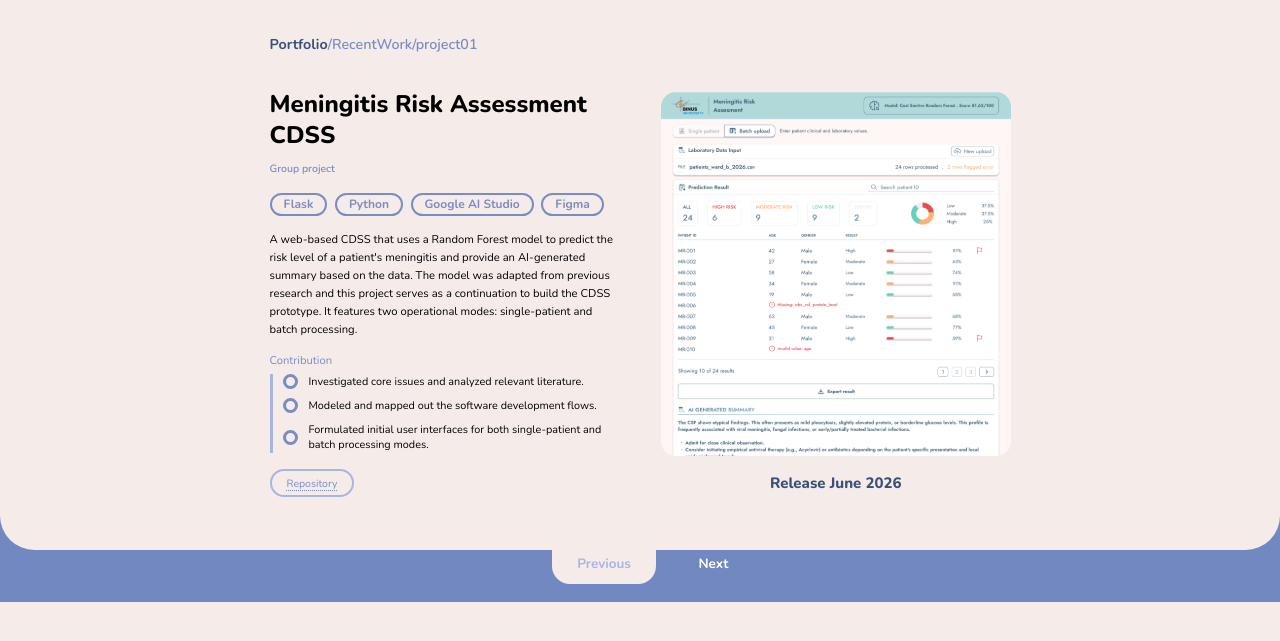
Repository: L-vy/L-vy
Page: /recentworks/project01
The author's editor kept a copy of each file at every save. The page is drawn from the files as they stood at one save, then again after the next save.
The browser window is 1280 px wide. The pictures show the whole page.
Some web fonts or font styles are not loaded; a fallback is used. The project was rebuilt for these pictures with package versions that can differ from the ones it lists, and the page was loaded fresh each time. Also part of the build but not shown: vite.config.ts, src/components/Icon.tsx, src/data/site.ts, src/components/useGoTo.ts, src/components/Navbar.tsx, src/components/Hero.tsx, src/components/Reveal.tsx, src/components/Skills.tsx and 9 more.

Above is the page before, as saved 2026-10-07 19:48:28.

After the next save:
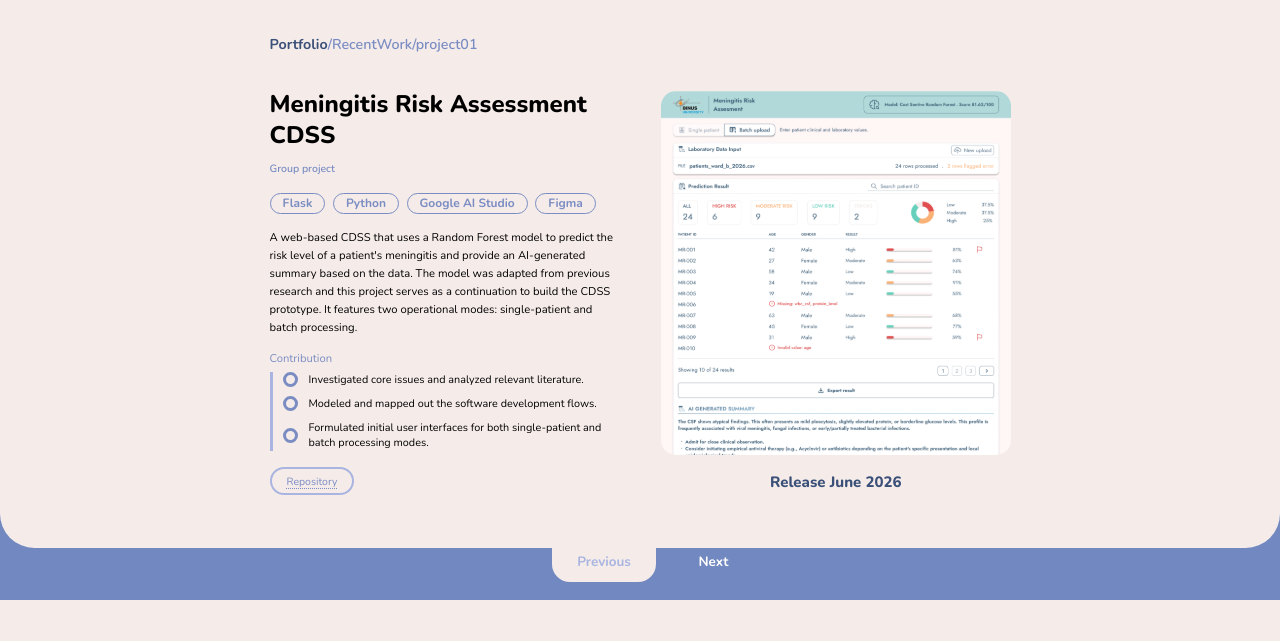
Saved 26 s later.
--- a/src/styles.css
+++ b/src/styles.css
@@ -44,7 +44,7 @@ h1{margin-top:0.25rem;font:400 2.5rem/1.35 'Playwrite US Modern','Nunito',cursiv
 .pills{display:flex;flex-wrap:wrap;gap:0.625rem;justify-content:center;margin-top:1.375rem}
 .pills.left{justify-content:flex-start}
 .pill{border-radius:24rem;padding:0.1rem 1rem;font-weight:700;font-size:0.9375rem;background:var(--pill);color:var(--peri)}
-.pill.solid-outline{background:none;border:2px solid var(--peri);font-size:1rem}
+.pill.solid-outline{background:none;border:1.5px solid var(--peri);font-size:1rem}
 .reveal{opacity:0;transform:translateY(0.875rem);transition:opacity .6s,transform .6s}
 .reveal.in{opacity:1;transform:none}
 .fill{height:100%}
